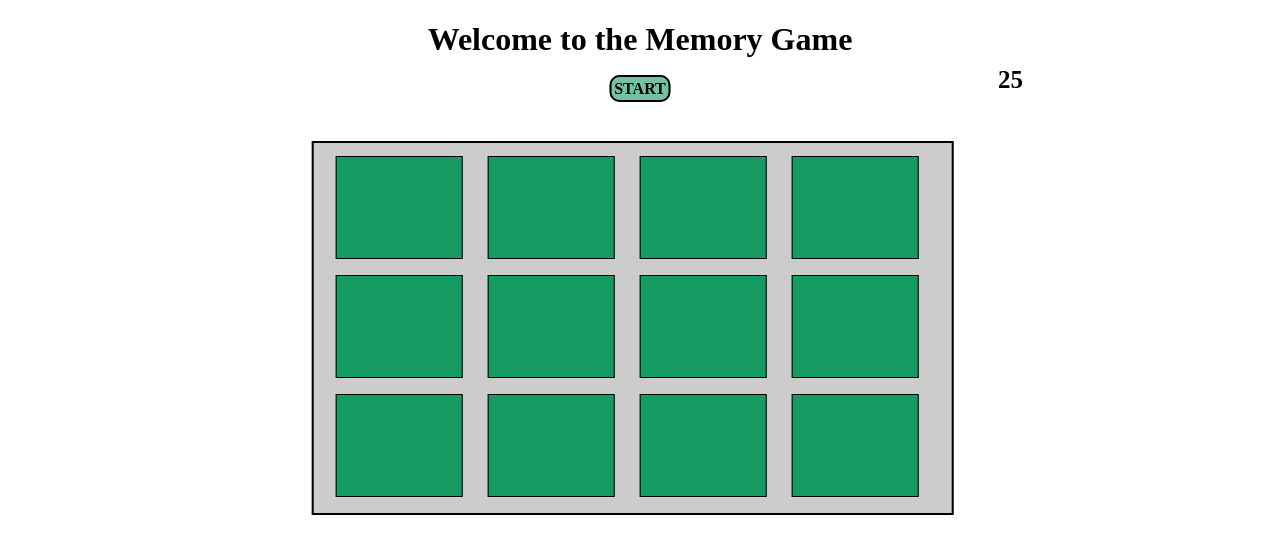
Repository: Code-Institute-Submissions/InteractiveMilestoneProject
Page: index.html
The author's editor kept a record of every edit. The page is drawn from the files as they stood at one moment, then again after the next edit.
The browser window is 1280 px wide. The pictures show the whole page.

Above is the page before.

After the next edit:
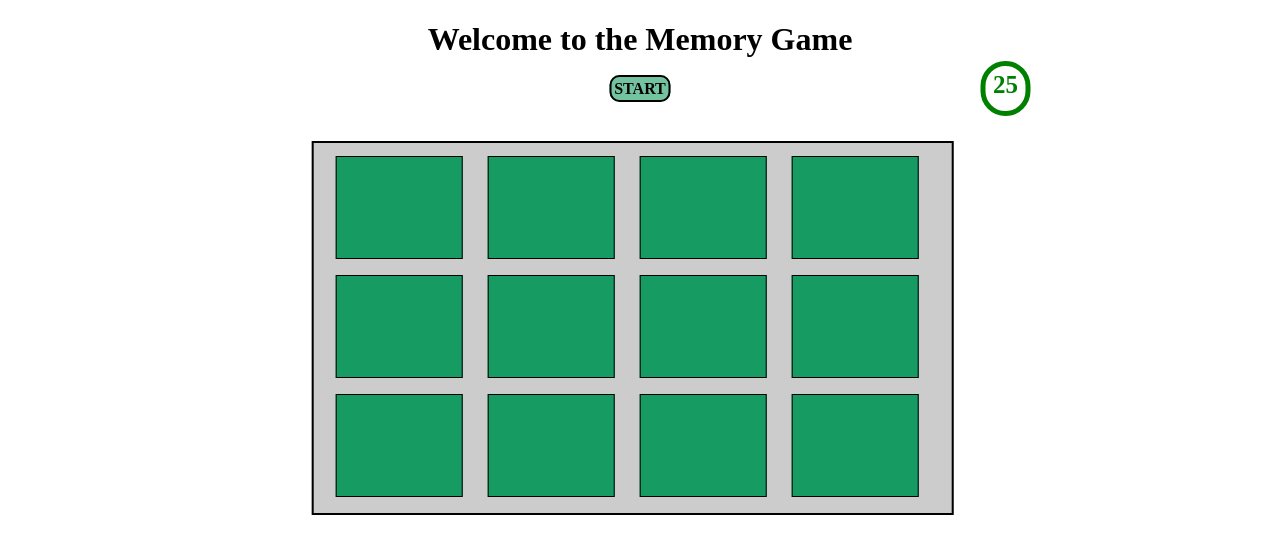
The edit:
--- a/js/script.js
+++ b/js/script.js
@@ -1,3 +1,8 @@
+ $(document).ready(function() {
+
+            $("#cronometro").addClass("green");
+        });
+
 var arrayMemoria = ["1", "1", "2", "2", "3", "3", "4", "4", "5", "5", "6", "6"];
 
         var valor_memoria = [];
